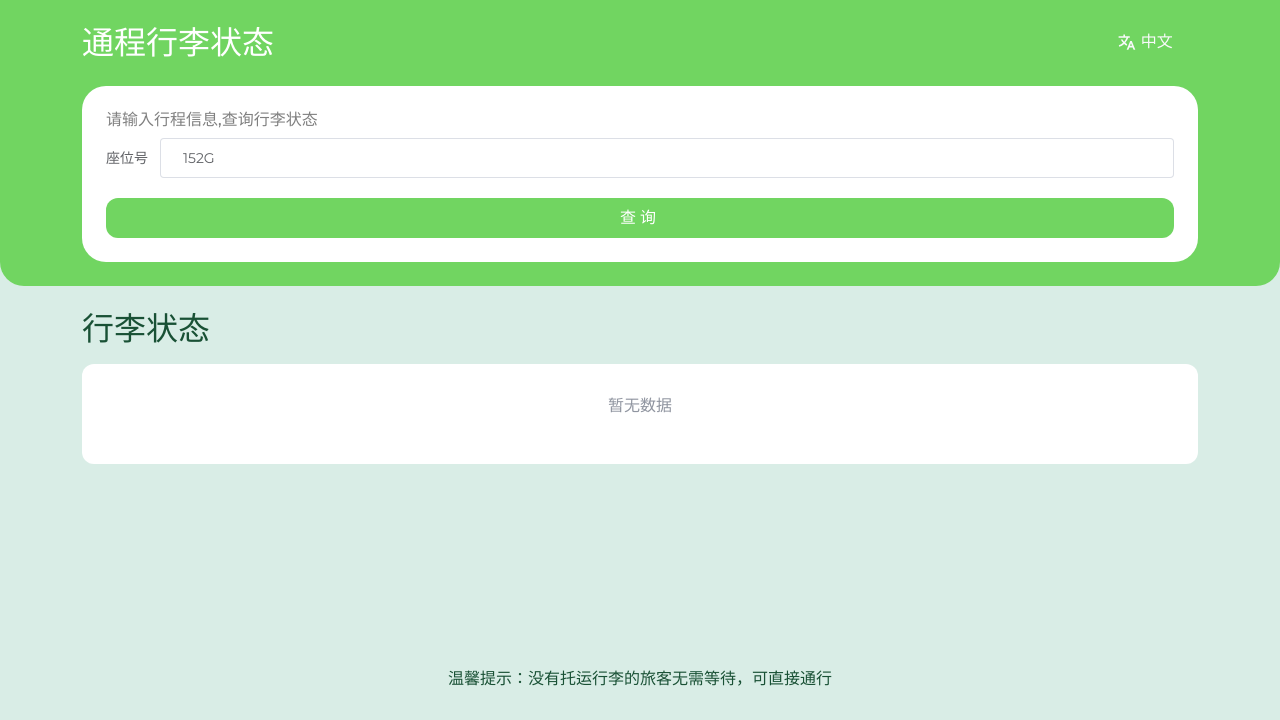
Repository: jhonMacTavish/through-baggage-web
Page: /
These files come from the project's save history. The page is drawn as it stood at one moment and after the next save; the edit follows.
The browser window is 1280 px wide. The pictures show the whole page.
The project was rebuilt for these pictures with package versions that can differ from the ones it lists, and the page was loaded fresh each time. Also part of the build but not shown: vite.config.js, src/components/Main copy.vue, src/components/NavBar.vue, src/components/Scanner.vue. Imported but missing from the stored project, and not drawn on this page: src/assets/icons/GlobeIcon.vue, src/assets/icons/LogoIcon.vue, src/assets/icons/ProfileIcon.vue, src/assets/icons/QuestionIcon.vue.

Above is the page before, as saved 2025-02-24 16:33:18.

After the next save:
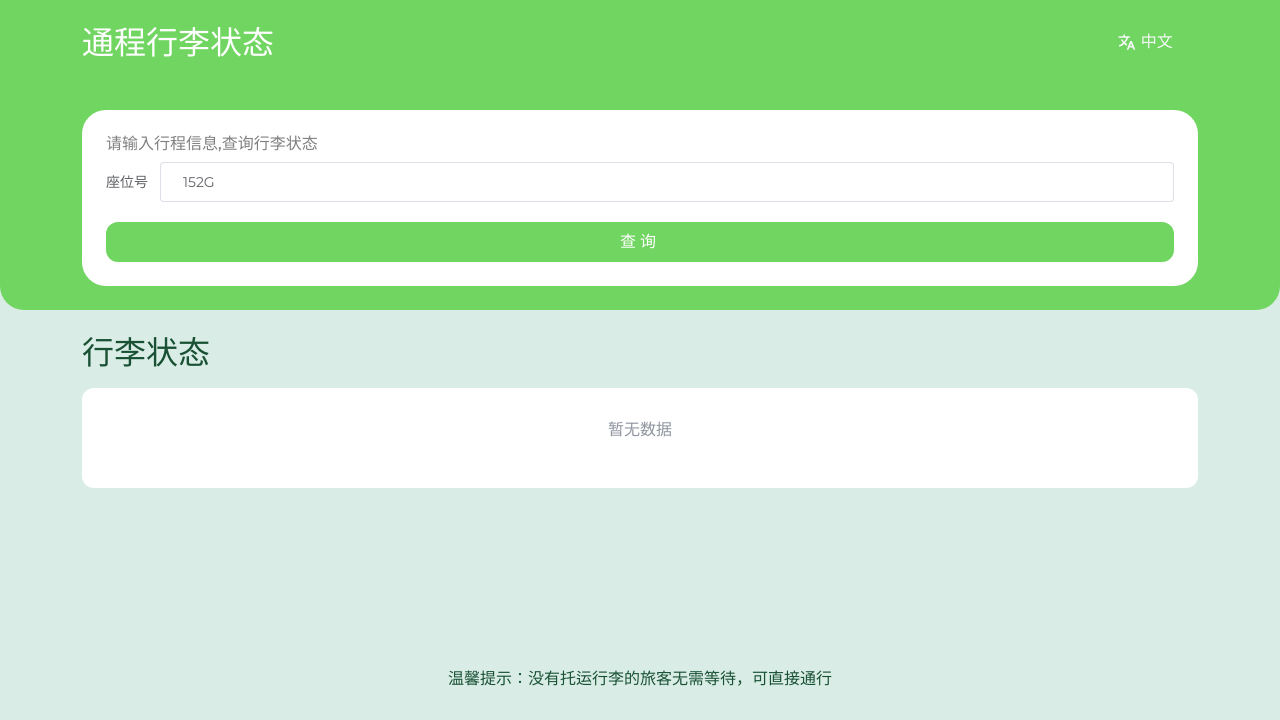
Saved 32 s later.
--- a/src/components/Main.vue
+++ b/src/components/Main.vue
@@ -54,7 +54,7 @@
     </div>
   </section>
 
-  <section class="p-4 bg-green pt-0 rd-form">
+  <section class="p-4 bg-green rd-form">
     <div class="container">
       <div class="p-4 form-bg">
         <h6 class="form-title">{{ $t("messages.userText.formTitle") }}</h6>
